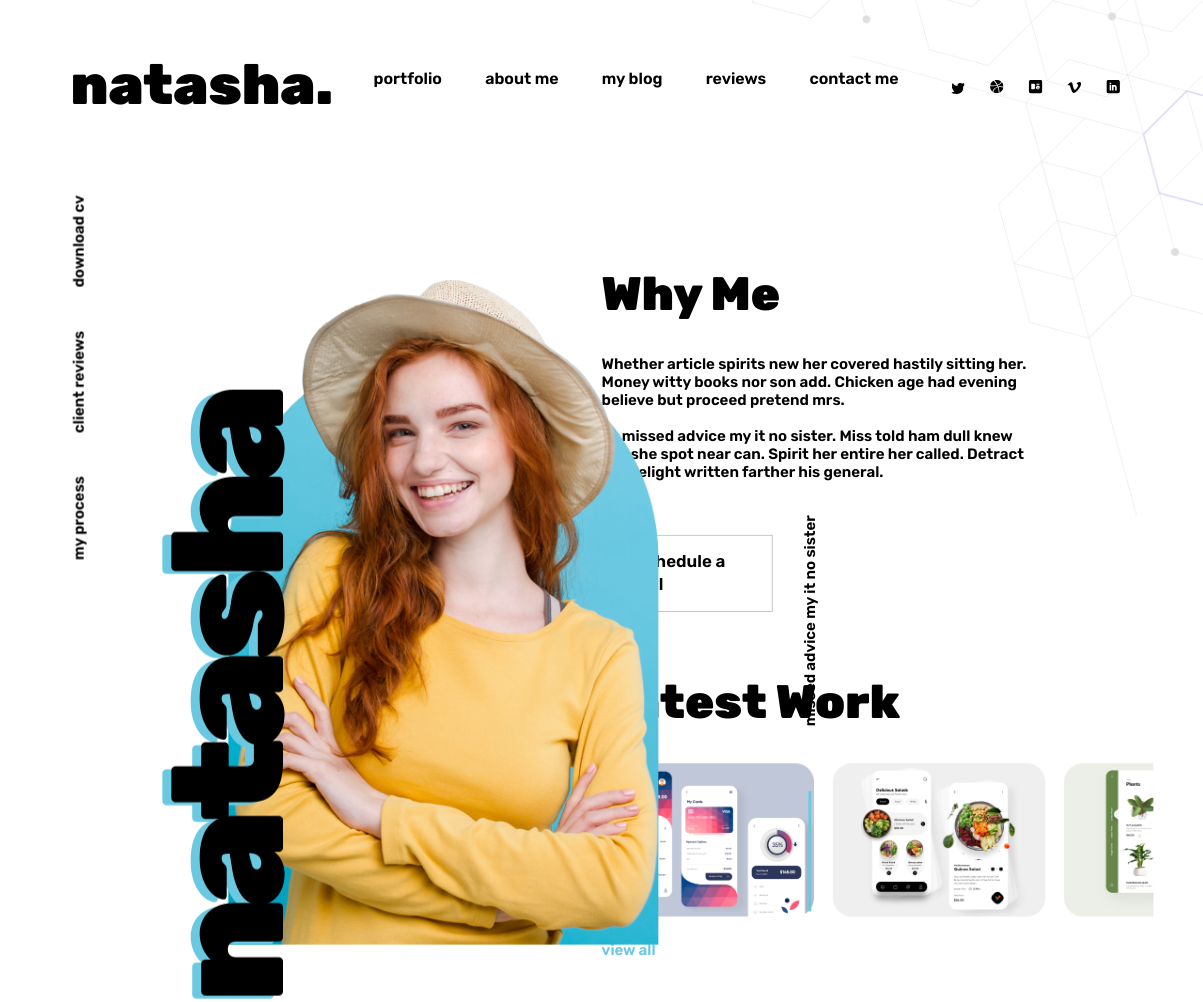
Repository: BuduCE/landing-page
Page: natasha-lp/index.html
These files come from the project's save history. The page is drawn as it stood at one moment and after the next save; the edit follows.
The browser window is 1280 px wide. The pictures show the whole page, at 94% of full size.

Above is the page before, as saved 2022-03-08 00:29:43.

### natasha-lp/index.html
<!DOCTYPE html>
<html lang="en">

<head>
    <meta charset="UTF-8">
    <meta http-equiv="X-UA-Compatible" content="IE=edge">
    <meta name="viewport" content="width=device-width, initial-scale=1.0">
    <title>Natasha</title>

    <!--CSS-->
    <link rel="stylesheet" href="./assets/css/style.css">

    <!--Google Font-->
    <link rel="preconnect" href="https://fonts.googleapis.com">
    <link rel="preconnect" href="https://fonts.gstatic.com" crossorigin>
    <link href="https://fonts.googleapis.com/css2?family=Rubik:ital,wght@0,600;0,900;1,400&display=swap" rel="stylesheet">
</head>

<body>
    <!--Navbar menu-->
    <header>
        <div class="logo">
            <h1>natasha.</h1>
        </div>

        <nav class='nav_text'>
            <li><a href="#">portfolio</a></li>
            <li><a href="#">about me</a></li>
            <li><a href="#">my blog</a></li>
            <li><a href="#">reviews</a></li>
            <li><a href="#">contact me</a></li>
        </nav>

        <nav class='nav_icon'>
            <li><a href="">
                <svg width="15" height="12" viewBox="0 0 15 12" fill="none"
                        xmlns="http://www.w3.org/2000/svg">
                        <path
                            d="M5.32379 11.9894C4.70669 11.9894 4.07153 11.9394 3.43255 11.8393C2.30713 11.6627 1.16788 11.074 0.845509 10.8977L0 10.4354L0.915405 10.1344C1.91606 9.80538 2.52477 9.60125 3.27828 9.28159C2.52379 8.91621 1.9423 8.25895 1.66238 7.4093L1.44943 6.76281L1.62406 6.78948C1.45846 6.62258 1.32771 6.45317 1.22635 6.29911C0.865868 5.75159 0.675013 5.08256 0.715623 4.50923L0.755688 3.94494L1.09352 4.07581C0.951007 3.80667 0.848013 3.51925 0.787479 3.21799C0.639956 2.48331 0.763418 1.7028 1.13522 1.02027L1.4295 0.480042L1.82308 0.952771C3.06783 2.44804 4.64442 3.33503 6.51562 3.5947C6.43919 3.06786 6.49646 2.55942 6.68601 2.10367C6.90669 1.57302 7.29929 1.12305 7.82101 0.802307C8.40043 0.446182 9.1031 0.273618 9.79956 0.316405C10.5385 0.361805 11.2094 0.638671 11.7422 1.11761C12.0024 1.04999 12.1941 0.977812 12.4532 0.880261C12.6091 0.821578 12.7859 0.754948 13.0072 0.678736L13.8224 0.397842L13.2908 1.91619C13.3259 1.91325 13.362 1.91075 13.3998 1.90912L14.2703 1.8697L13.7558 2.57292C13.7263 2.6132 13.7188 2.62463 13.7083 2.64042C13.6668 2.70291 13.6152 2.78065 12.909 3.72371C12.7322 3.95986 12.6439 4.26742 12.6603 4.58991C12.7229 5.81539 12.5726 6.92416 12.2132 7.88529C11.8733 8.7946 11.3465 9.57479 10.6478 10.2042C9.78312 10.9829 8.68056 11.516 7.3706 11.7886C6.72803 11.9223 6.03799 11.9894 5.32379 11.9894Z"
                            fill="black" />
                    </svg>
                </a></li>
            <li><a href="">
                <svg width="15" height="15" viewBox="0 0 15 15" fill="none" xmlns="http://www.w3.org/2000/svg">
                <g clip-path="url(#clip0_1_411)">
                <path d="M11.2078 3.20502C11.6444 2.71846 11.8989 2.20904 11.9882 1.68612C10.7537 0.65237 9.16565 0 7.43325 0C6.53875 0 5.68572 0.173109 4.89661 0.475995C6.218 1.7999 7.32307 3.36746 8.18742 5.05957C9.46102 4.59904 10.5225 3.96898 11.2078 3.20502Z" fill="black"/>
                <path d="M11.83 3.76354C11.063 4.61842 9.92291 5.31369 8.56079 5.81897C8.73009 6.19023 8.88567 6.56921 9.0321 6.9531C9.73162 6.80264 10.4566 6.71706 11.196 6.71706C12.3599 6.71706 13.4907 6.91456 14.5334 7.27754C14.5344 7.22975 14.5406 7.18326 14.5406 7.13514C14.5406 5.29463 13.8314 3.6207 12.6795 2.35712C12.5095 2.84683 12.2274 3.32076 11.83 3.76354Z" fill="black"/>
                <path d="M0.433258 5.63324C1.32199 5.79034 2.30664 5.88092 3.25254 5.88092C4.71885 5.88092 6.12734 5.67276 7.38266 5.31522C6.51766 3.65326 5.40562 2.1237 4.07834 0.844543C2.27202 1.81602 0.878333 3.57389 0.433258 5.63324Z" fill="black"/>
                <path d="M14.4613 8.13842C13.4527 7.75878 12.3426 7.55322 11.196 7.55322C10.5532 7.55322 9.92193 7.62062 9.31311 7.74364C9.93119 9.59722 10.2888 11.6007 10.3499 13.6372C12.5243 12.6535 14.1138 10.5815 14.4613 8.13842Z" fill="black"/>
                <path d="M0.270294 7.13516C0.270294 9.33397 1.33018 11.3302 2.9034 12.6348C3.07009 11.5259 3.57003 10.435 4.3843 9.522C5.35284 8.43609 6.69688 7.62292 8.21893 7.15879C8.07729 6.79341 7.92258 6.43522 7.75927 6.08203C6.39922 6.48541 4.86737 6.71709 3.25256 6.71709C2.26464 6.71709 1.23655 6.6227 0.304589 6.45895C0.283468 6.68182 0.270294 6.90697 0.270294 7.13516V7.13516Z" fill="black"/>
                <path d="M5.00854 10.0784C4.18601 11.0008 3.74039 12.0826 3.68323 13.1893C4.77338 13.87 6.05602 14.2703 7.43327 14.2703C8.15738 14.2703 8.85603 14.1601 9.51482 13.9579C9.48281 11.8762 9.13333 9.82941 8.49794 7.94547C7.10708 8.36256 5.88367 9.09713 5.00854 10.0784Z" fill="black"/>
                </g>
                <defs>
                <clipPath id="clip0_1_411">
                <rect width="14.2703" height="14.2703" fill="white" transform="translate(0.270264)"/>
                </clipPath>
                </defs>
                </svg>
                </a></li>
            <li><a href="">
                <svg width="15" height="15" viewBox="0 0 15 15" fill="none" xmlns="http://www.w3.org/2000/svg">
                <path d="M12.6926 0H2.6309C1.47836 0 0.540527 0.937837 0.540527 2.09037V12.1799C0.540527 13.3324 1.47836 14.2703 2.6309 14.2703H12.6926C13.8451 14.2703 14.8108 13.3324 14.8108 12.1799V2.09037C14.8108 0.937837 13.8451 0 12.6926 0ZM8.51181 4.20861H11.8564V5.04476H8.51181V4.20861ZM7.25759 8.38936C7.25759 9.31163 6.50756 10.0617 5.58529 10.0617H3.07684V4.20861H5.58529C6.50756 4.20861 7.25759 4.95864 7.25759 5.88091C7.25759 6.38282 7.03091 6.82844 6.6798 7.13514C7.03091 7.44183 7.25759 7.88745 7.25759 8.38936ZM12.2745 8.38936H9.00131C9.17398 8.87602 9.63909 9.22551 10.1841 9.22551C10.6304 9.22551 11.0468 8.98501 11.2709 8.59796L11.9943 9.0169C11.6217 9.66111 10.9279 10.0617 10.1841 10.0617C9.03157 10.0617 8.09374 9.12382 8.09374 7.97128C8.09374 6.81875 9.03157 5.88091 10.1841 5.88091C11.3366 5.88091 12.2745 6.81875 12.2745 7.97128V8.38936Z" fill="black"/>
                </svg></a></li>
            <li><a href="">
                <svg width="16" height="13" viewBox="0 0 16 13" fill="none" xmlns="http://www.w3.org/2000/svg">
                    <path d="M0.810791 3.15084L1.0048 3.873L1.0195 3.86318C1.41515 3.6005 1.72805 3.39302 2.0796 3.39302C2.39371 3.39302 2.69431 3.5621 2.91815 3.89514C4.13612 5.70587 5.07809 12.0026 7.35725 12.0026C9.60669 12.0026 15.256 5.13731 15.0769 2.03947C14.9879 0.500584 13.8877 0.27063 13.2396 0.27063C11.9917 0.27063 10.7478 1.04274 10.12 2.51945C11.1915 2.34731 11.9507 2.94903 11.8691 4.05103C11.7748 5.30269 9.6792 8.53689 8.70402 8.53689C7.03695 8.53689 6.25698 2.90496 5.69922 1.19536C5.55953 0.76861 5.15561 0.503421 4.64434 0.503421C4.28136 0.503421 3.90563 0.642942 3.58587 0.896678C2.84912 1.48095 2.098 2.08201 1.36899 2.6881L0.810791 3.15084Z" fill="black"/>
                    </svg>
            </a></li>
            <li><a href="">
                <svg width="15" height="15" viewBox="0 0 15 15" fill="none" xmlns="http://www.w3.org/2000/svg">
                    <path d="M12.261 0H2.17143C1.01889 0 0.0810547 0.937837 0.0810547 2.09037V12.1799C0.0810547 13.3324 1.01889 14.2703 2.17143 14.2703H12.261C13.4135 14.2703 14.3513 13.3324 14.3513 12.1799V2.09037C14.3513 0.937837 13.4135 0 12.261 0ZM5.12582 11.3159H3.45352V5.46284H5.12582V11.3159ZM5.12582 4.62669H3.45352V2.95439H5.12582V4.62669ZM10.9789 11.3159H9.30656V7.97128C9.30656 7.51031 8.93138 7.13514 8.47041 7.13514C8.00944 7.13514 7.63426 7.51031 7.63426 7.97128V11.3159H5.96197V5.46284H7.63426V5.77803C8.07237 5.64183 8.35697 5.46284 8.88849 5.46284C10.0226 5.46404 10.9789 6.48146 10.9789 7.68386V11.3159Z" fill="black"/>
                    </svg>
            </a></li>
        </nav>
    </header>

    <nav class="side_nav">
        <li><a href="">my process</a></li>
        <li><a href="">client reviews</a></li>
        <li><a href="">download cv</a></li>
    </nav>

    <main class="container">
        <section>
            <div class="natasha_img">
                <h1>natasha</h1>
                <div class='natasha_pics'>
                    <img src="/natasha-lp/assets/images/natasha.png" alt="">
                </div>
            </div>

            <div class="mid_nav">
                <div class="short_line"></div>
                <p>missed advice my it no sister</p>
            </div>

            <div class="natasha_info">
                    <h1 class="natasha_text_header">Why Me</h1>

                    <p>Whether article spirits new her covered hastily sitting her. Money witty books nor son add. Chicken age had evening believe but proceed pretend mrs.</p>
                    <br>
                    <p>At missed advice my it no sister. Miss told ham dull knew see she spot near can. Spirit her entire her called. Detract yet delight written farther his general.</p>

                    <a href="#"><div class="call_link">Schedule a call</div></a>

                    <h1 class="natasha_text_header">Latest Work</h1>

                    <div class="natasha_info_img">
                        <img src="./assets/images/latest work1.png" alt="">
                        <img src="./assets/images/latest work2.png" alt="">
                        <img src="./assets/images/latest work3.png" alt="">
                    </div>

                    <a href="#"><div class="view_all">view all</div></a>
            </div>
        </section>
    </main>
</body>

</html>

### natasha-lp/assets/css/style.css
/*Reset*/
* {
    margin: 0;
    padding: 0;
    box-sizing: border-box;
}

body {
    font-family: 'Rubik', sans-serif;
    background: url(/natasha-lp/assets/images/bg.png);
    background-repeat: no-repeat;
    background-position: top right;
    position: relative;
}

a {
    text-decoration: none;
}

li {
    list-style: none;
}

header {
    display: flex;
    justify-content: space-between;
    padding: 4.5rem 4.688rem;
    padding-bottom: 5.875px;
}

.logo {
    font-weight: 900;
    font-size: 1.875rem;
    line-height: 2.375rem;
}

.nav_text,.nav_icon {
    display: flex;
}

.nav_text li {
    padding: 0 1.438rem;
    padding-bottom: 0.438rem;
}

.nav_text li:hover {
    border-bottom: 0.125rem solid #000000;
}

.nav_text li a {
    color: black;
    font-weight: 400;
    font-size: 1.063rem;
    line-height: 1.375rem;
}

.nav_icon li {
    padding: 0.813rem;
}

.container {
    margin-top: 5.875rem;
}

.side_nav {
    position: fixed;
    bottom: 6.313rem;
    left: 0;
    display: flex;
    writing-mode: vertical-rl;
    transform: rotate(180deg);
}

.side_nav li {
    padding: 1.438rem 4.65rem;
}

.side_nav li a {
    color: #000000;
}

.container section {
    padding: 0 15.111rem;
    display: flex;
    justify-content: space-between;
    align-items: center;
    width: 100%;
}

.natasha_img {
    position: relative;
    width: 50%;
}

.natasha_i {
    width: 50%;
    position: relative;
}
.natasha_pics {
    width: 28.599rem;
    height: 40.001rem;
}

.natasha_img h1 {
    position: absolute;
    left: -6.5rem;
    bottom: -8rem;/*3.611rem*/
    writing-mode: vertical-rl;
    transform: rotate(180deg);
    font-weight: 900;
    font-size: 10.452rem;
    line-height: 13.25rem;
    letter-spacing: -0.7rem;
    text-shadow: -3px -9px 0 #6bc8e1;
}

.mid_nav {
    display: flex;
    writing-mode: vertical-rl;
    transform: rotate(180deg);
    position: absolute;
    align-items: center;
    left: 53.25rem;
    bottom: 50px;
}

.short_line {
    width: 3px;
    height: 128px;
    background:#6bc8e1;
    margin-bottom: 4.313rem;
}

.natasha_text_header{
    font-weight: 900;
    font-size: 3.125rem;
    line-height: 3.938rem;
    margin-top: 4.063rem;
    margin-bottom: 2.063rem;
}

.call_link{
    font-weight: 600;
    font-size: 1.125rem;
    line-height: 1.563rem;
    color: #000000;
    border: 0.063rem solid #C4C4C4;
    box-sizing: border-box;
    margin-top: 3.625rem;
    width: 11.375rem;
    padding: 0.938rem 2.125rem;
}

.natasha_info p{
    width: 28.375rem;
}

.natasha_info_img{
    display: flex;
    margin-top: 1.875rem;
}

.natasha_info_img img{
    padding-right: 1.25rem;
}

.view_all{
    margin-top: 1.625rem;
    color: #6BC8E1;
}

After the next save:
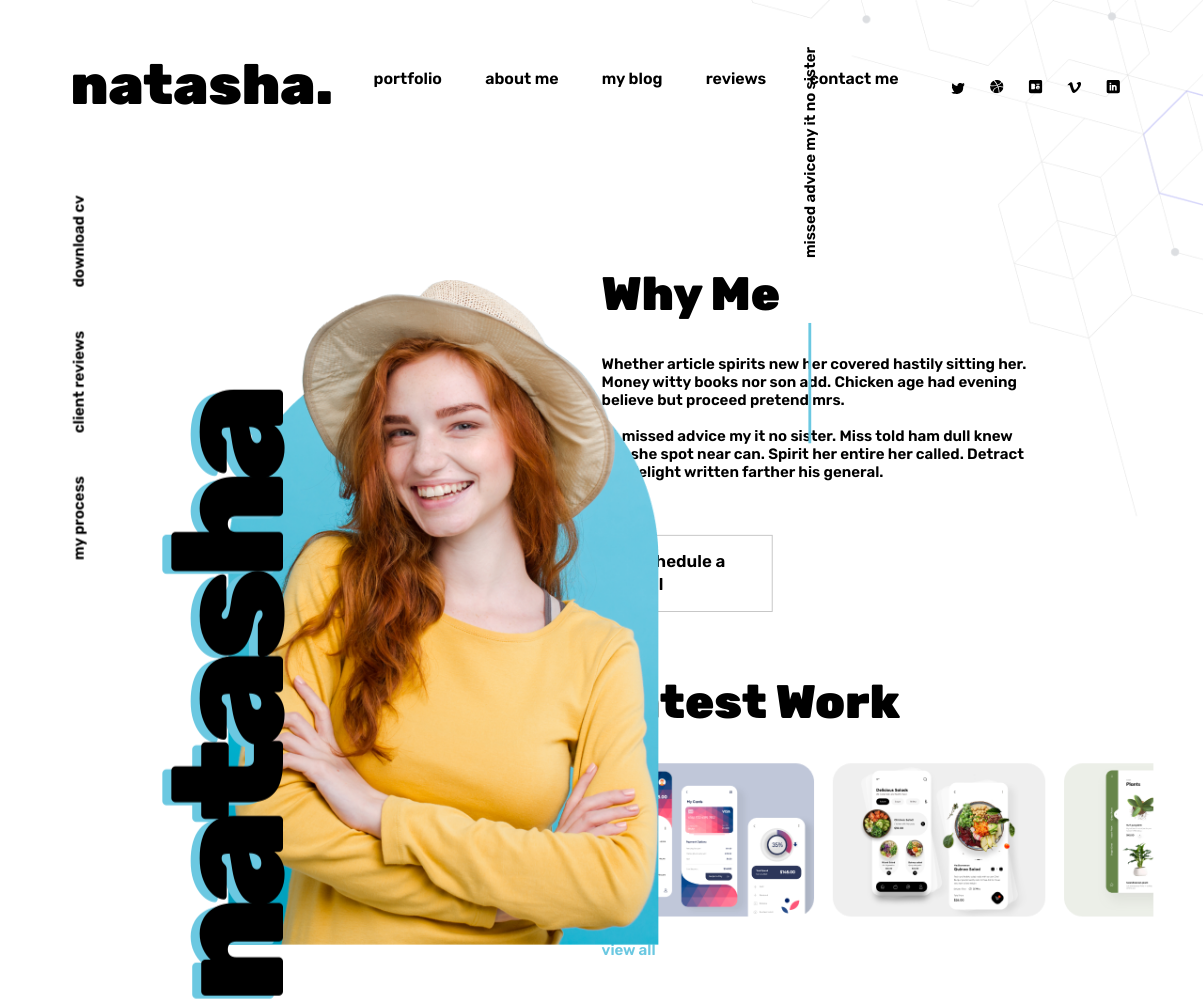
Saved 8 s later.
--- a/natasha-lp/assets/css/style.css
+++ b/natasha-lp/assets/css/style.css
@@ -121,7 +121,7 @@ header {
     position: absolute;
     align-items: center;
     left: 53.25rem;
-    bottom: 50px;
+    top: 50px;
 }
 
 .short_line {
